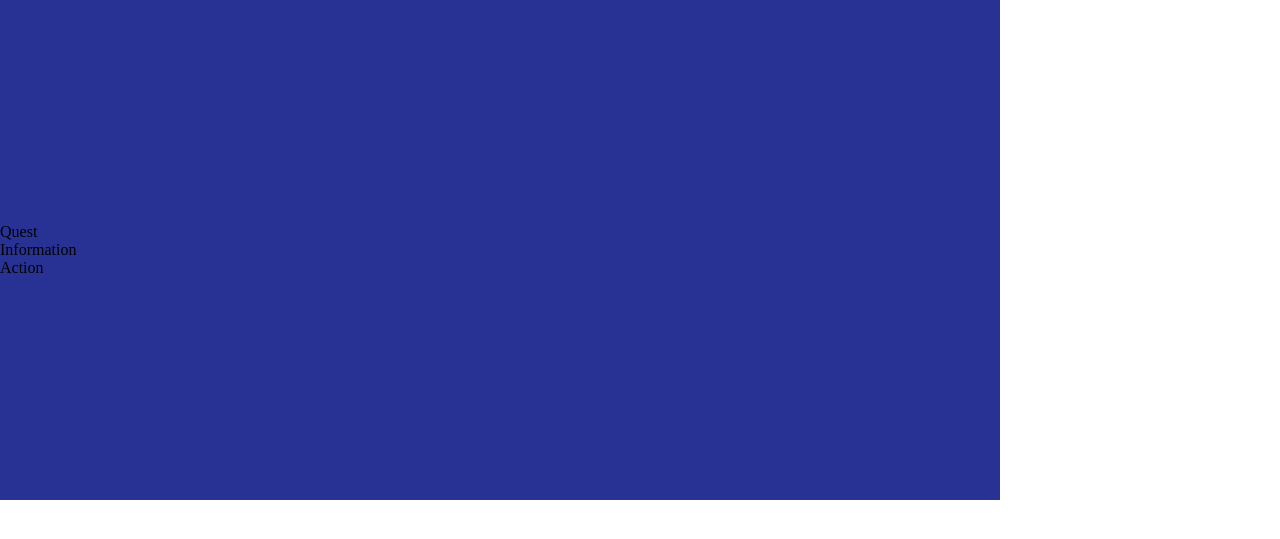
Repository: rahulnag7963/UBCHacks4.0
Page: /
The author's editor kept a copy of each file at every save. The page is drawn from the files as they stood at one save, then again after the next save.
The browser window is 1280 px wide. The pictures show the whole page.
The project was rebuilt for these pictures with package versions that can differ from the ones it lists, and the page was loaded fresh each time.

Above is the page before, as saved 2022-11-26 01:48:55.

After the next save:
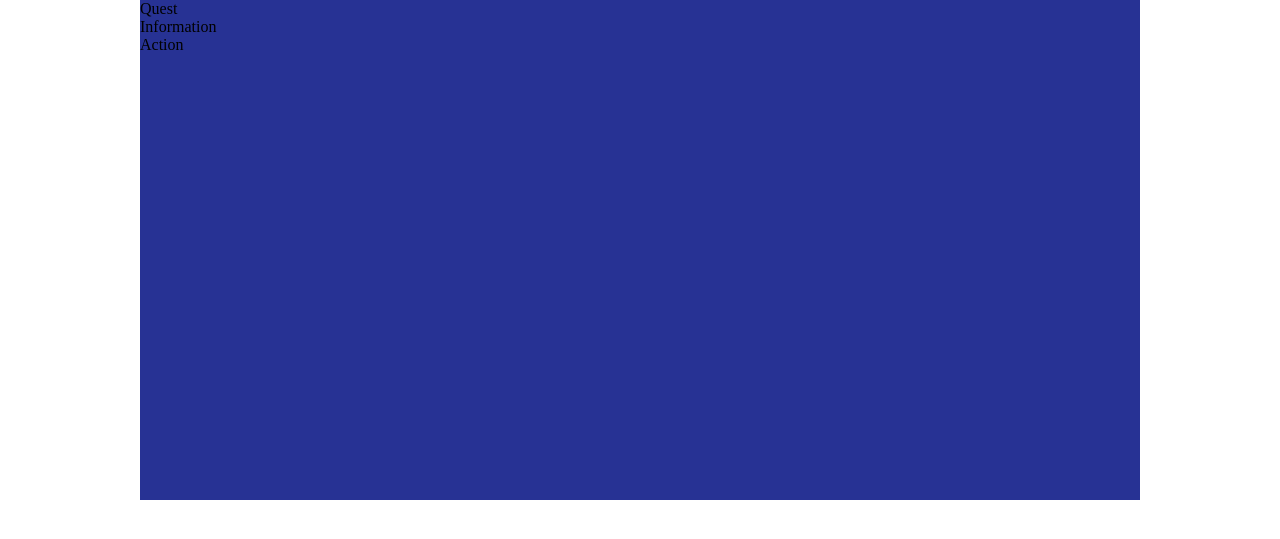
Saved 78 s later.
--- a/src/app.css
+++ b/src/app.css
@@ -2,7 +2,8 @@
     height: 500px;
     width: 1000px;
     background-color: rgb(39, 50, 148);
-    align-content: center;
+    margin-left: auto;
+    margin-right: auto;
 }
 
 .component {
